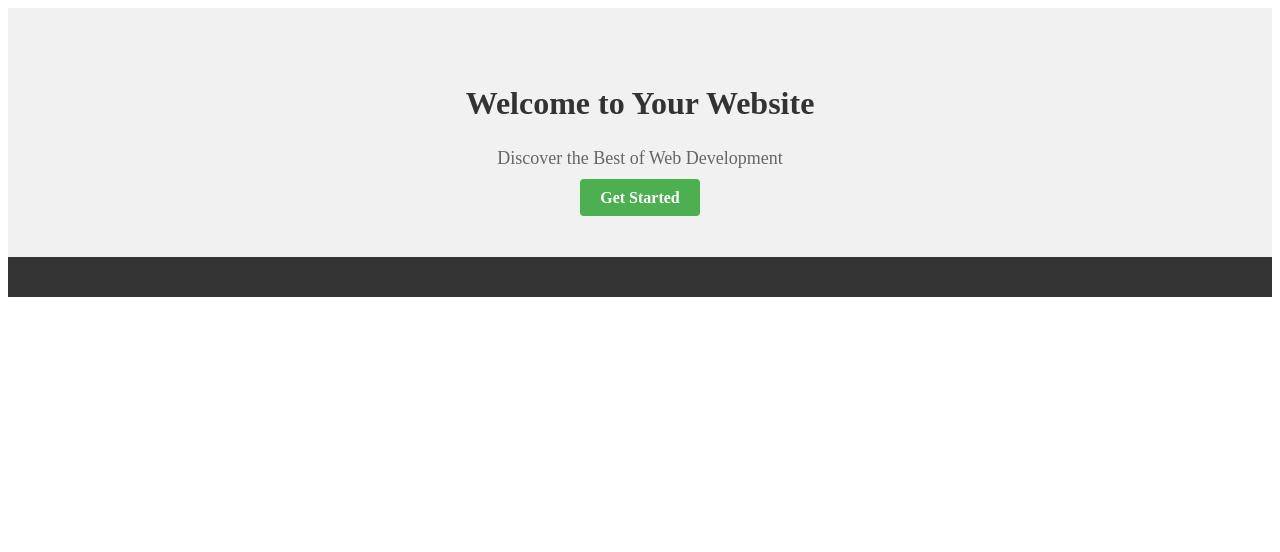
Repository: HeliosAI9/First-test-website
Page: mywebsite/index.html
The author's editor kept a copy of each file at every save. The page is drawn from the files as they stood at one save, then again after the next save.
The browser window is 1280 px wide. The pictures show the whole page.
Pictures or frames that could not be fetched are drawn as grey boxes.

Above is the page before, as saved 2023-07-03 05:49:32.

After the next save:
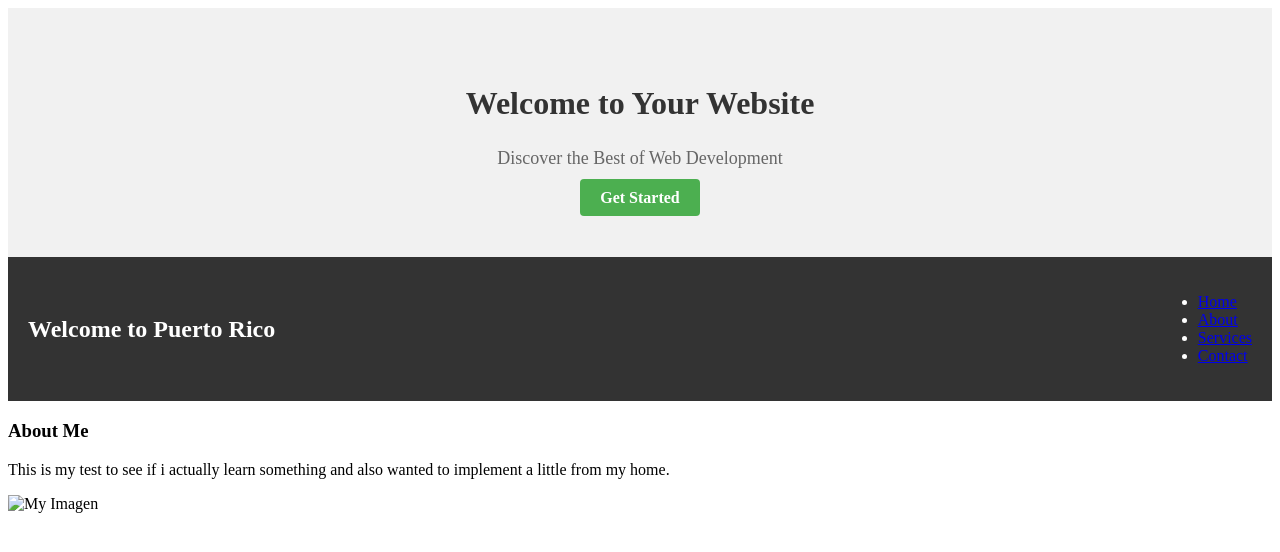
Not found: home/odinstudent/mywebsite/resources/pexels-luis-cont-5868550.jpg
Saved 13 min 52 s later.
--- a/mywebsite/index.html
+++ b/mywebsite/index.html
@@ -23,11 +23,21 @@
 </div>
 
 <div class="headerBar">
-    <!-- Rest of the code goes here -->
+    <h2>Welcome to Puerto Rico</h2>
+    <nav>
+        <ul>
+            <li><a href="resources/pexels-caleb-oquendo-2927993.jpg">Home</a></li>
+            <li><a href="resources/pexels-caleb-oquendo-3010317.jpg">About</a></li>
+            <li><a href="resources/pexels-cristian-13554463.jpg">Services</a></li>
+            <li><a href="resources/pexels-diego-f-parra-15305871.jpg">Contact</a></li>
+        </ul>
+    </nav>
 </div>
 
 <div class="layer1">
-    <!-- Rest of the code goes here -->
+    <h3>About Me</h3>
+    <p>This is my test to see if i actually learn something and also wanted to implement a little from my home.</p>
+    <img src="/home/odinstudent/mywebsite/resources/pexels-luis-cont-5868550.jpg" alt="My Imagen">
 </div>
 
 <div class="layer2">
